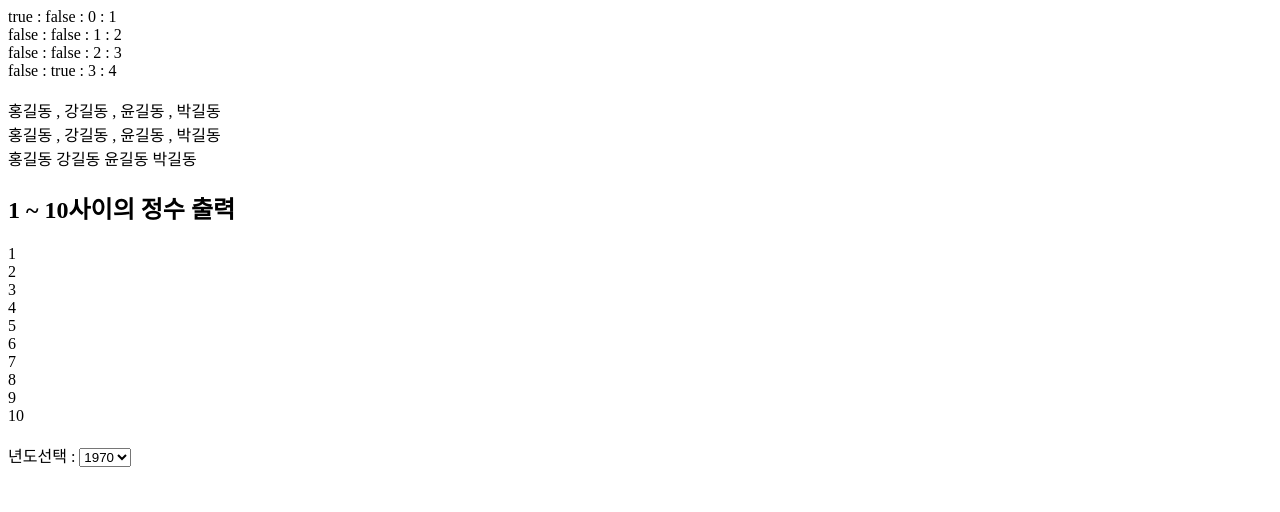
Repository: sunnny10/web-workspace
Page: http://localhost/Lecture-Web/jsp/jstl/core/exam05.jsp
The author's editor kept a copy of each file at every save. The page is drawn from the files as they stood at one save, then again after the next save.
The browser window is 1280 px wide. The pictures show the whole page.
The page is served by Tomcat 9. Other server files are loaded and not shown.

Above is the page before, as saved 2022-06-07 07:51:02.

### Lecture-Web/src/main/webapp/jsp/jstl/core/exam05.jsp
<%@ page language="java" contentType="text/html; charset=UTF-8"
    pageEncoding="UTF-8"%>
<%@ taglib prefix="c" uri="http://java.sun.com/jsp/jstl/core" %>
<%
	String[] names = {"홍길동", "강길동", "윤길동", "박길동"};

	pageContext.setAttribute("names", names);
	pageContext.setAttribute("length", names.length-1);
%>
<!DOCTYPE html>
<html>
<head>
<meta charset="UTF-8">
<title>Insert title here</title>
</head>
<body>
	<c:forEach items="${ names }" var="name" varStatus="loop">

	</c:forEach>
	<!-- 반복과 관련된, 한번 반복을 돌때마다 걔에 대한 속성을 지정할 때 사용 -->
	<!-- 루프를 돌때마다 걔에 대한 상태를 저장하는 변수를 loop로 지정, map 형태 -->
	<c:forEach items="${ names }" var="name" varStatus="loop">
		<!-- index는 0부터, count는 1부터 증가 -->
		${ loop.first } : ${ loop.last } : ${ loop.index } : ${ loop.count }<br>
	</c:forEach>
	<br>
	<c:set var="cnt" value="1" />
	<c:forEach items="${ names }" var="name">
		<c:if test="${ cnt ne 1 }">
			,
		</c:if>
		${ name }
		<c:set var="cnt" value = "${ cnt+1 }" />
	</c:forEach>
	<c:remove var="cnt" scope="page"/>
	<br>
	<c:forEach begin="0" end="${ length }" var="i">
		<%-- <c:if test="${i ne 0}">
			,
		</c:if> --%>
		${ names[i] }
		<c:if test="${ i ne length }">
			,
		</c:if>
	</c:forEach>
	<br>
	<!-- 각 데이터에 var라는 변수로 접근가능 -->
	<c:forEach items="${ names }" var="name">
		${ name }
	</c:forEach>


	<h2>1 ~ 10사이의 정수 출력</h2>
	<!-- var는 공유영경역에 있다  -->
	<c:forEach begin="1" end="10" var="i">
		${ i }<br>
	</c:forEach>
	<br>
	년도선택 :
	<select>
		<!-- 큰 수에서 작은 수는 안됨 -->
		<c:forEach begin="1970" end="2022" step="10" var="year">
			<option>${ year }</option>
		</c:forEach>
	</select>
	<%-- <%
		for(int i = 1; i<=10; i++){
	%>
		<%=i %>
	<%
		}
	%> --%>
</body>
</html>

After the next save:
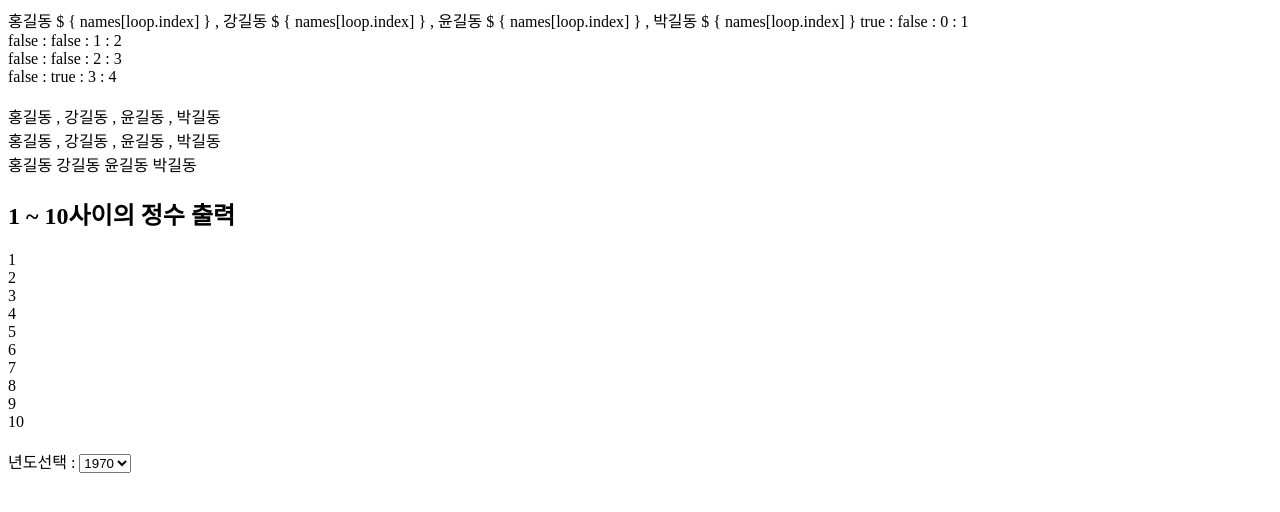
Saved 49 s later.
--- a/Lecture-Web/src/main/webapp/jsp/jstl/core/exam05.jsp
+++ b/Lecture-Web/src/main/webapp/jsp/jstl/core/exam05.jsp
@@ -15,7 +15,11 @@
 </head>
 <body>
 	<c:forEach items="${ names }" var="name" varStatus="loop">
-
+		<c:if test="${ not loop.first }">
+			,
+		</c:if>
+		${ name }
+		$ { names[loop.index] }
 	</c:forEach>
 	<!-- 반복과 관련된, 한번 반복을 돌때마다 걔에 대한 속성을 지정할 때 사용 -->
 	<!-- 루프를 돌때마다 걔에 대한 상태를 저장하는 변수를 loop로 지정, map 형태 -->
